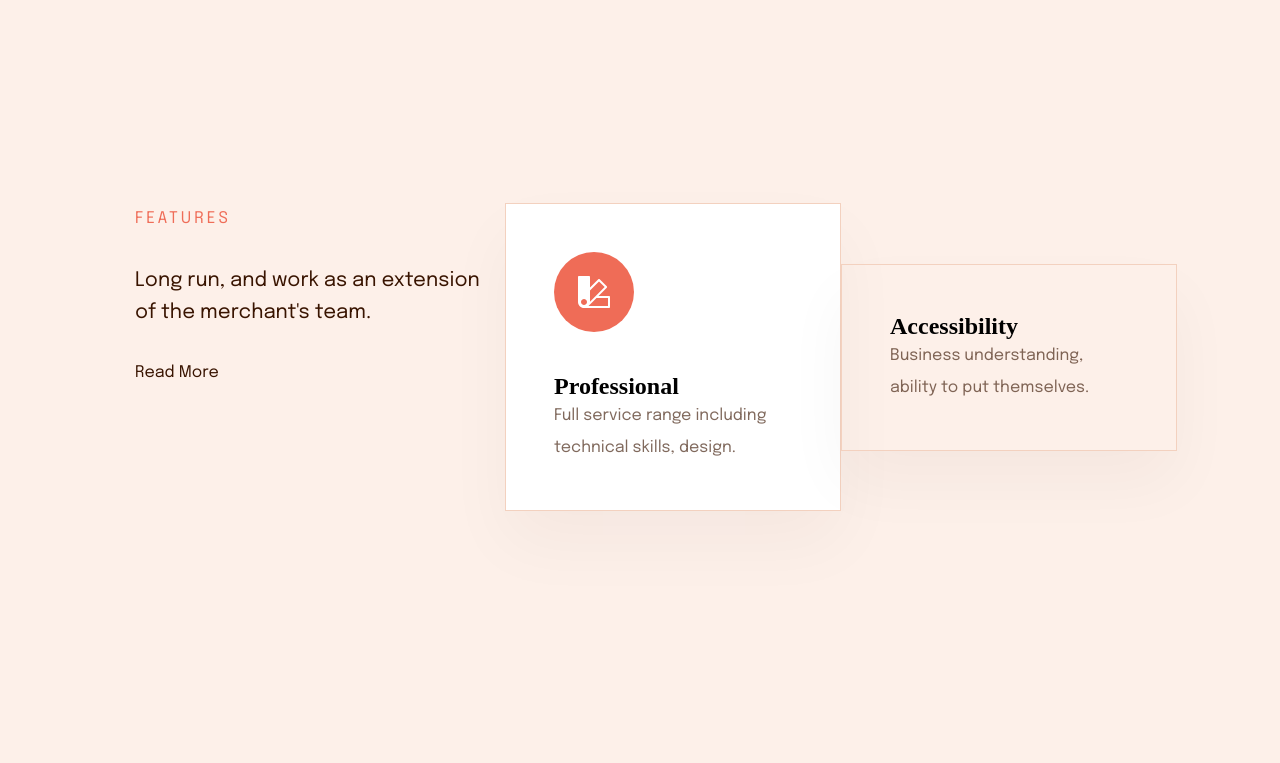
Repository: kubrazamanova/Project-7
Page: index.html
These files come from the project's save history. The page is drawn as it stood at one moment and after the next save; the edit follows.
The browser window is 1280 px wide. The pictures show the whole page.

Above is the page before, as saved 2023-09-23 10:45:53.

After the next save:
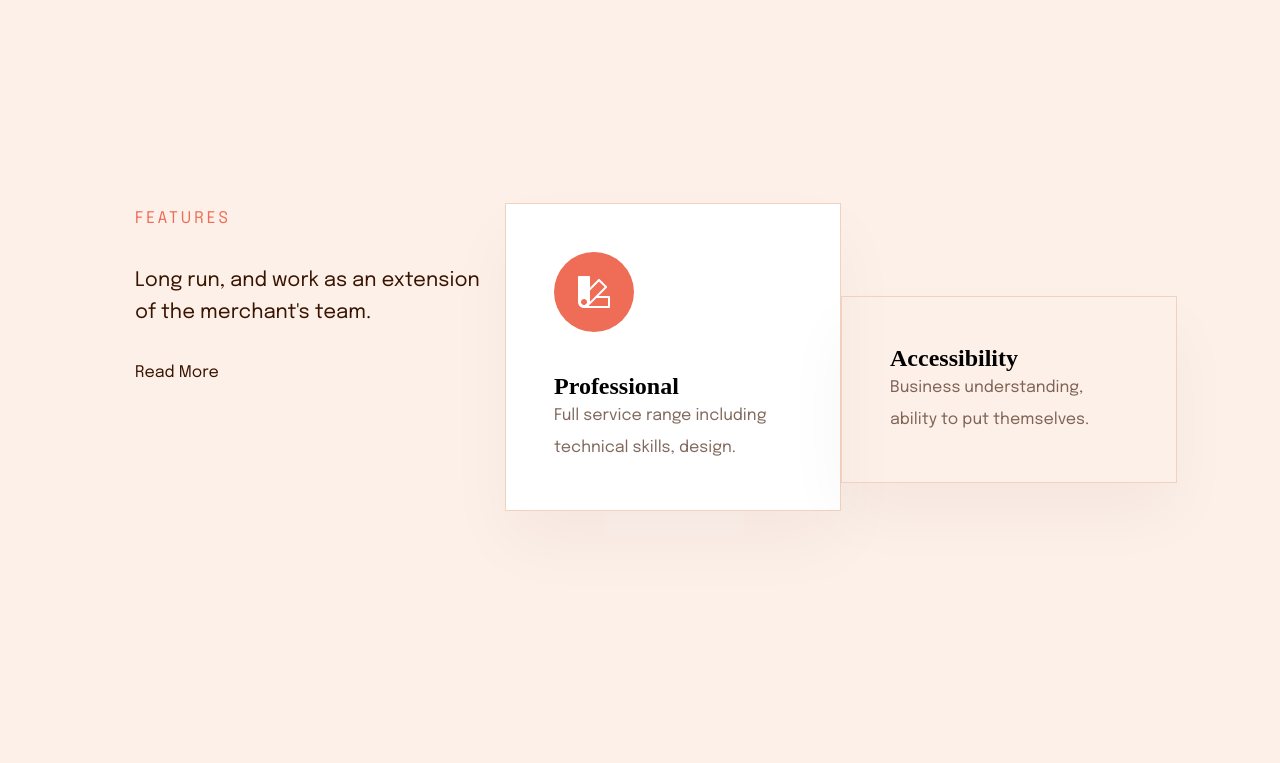
Saved 5 s later.
--- a/index.css
+++ b/index.css
@@ -76,7 +76,7 @@ ul li:first-child {
   background-color: white;
 }
 ul li:last-child{
-  marg
+  margin-top: 64px;
 }
 ul li .container li h2 {
   margin-top: 41px;
